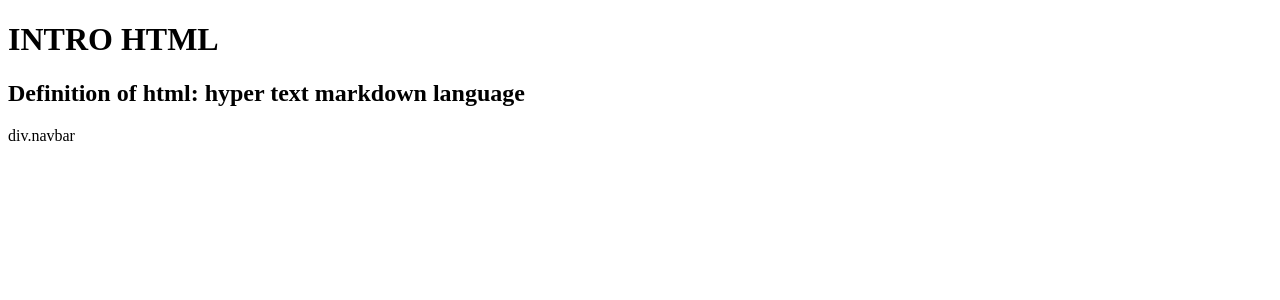
Repository: mirambialex/MYFIRSTREPOR
Page: INTRODUCTION.HTML
These files come from the project's save history. The page is drawn as it stood at one moment and after a run of saves; the edit follows.
The browser window is 1280 px wide. The pictures show the whole page.

Above is the page before, as saved 2024-03-28 10:19:40.

### INTRODUCTION.HTML
<!DOCTYPE html>
<html lang="en">
<head>
    <meta charset="UTF-8">
    <meta name="viewport" content="width=device-width, initial-scale=1.0">
    <title>Document</title>
</head>
<body>
    <DIV>
        <P><H1>
            INTRO HTML
        </H1>
        </P><H2>Definition of html: hyper text markdown language</H2>
    </DIV>
    div.navbar
</body>
</html>

After the next 8 saves:
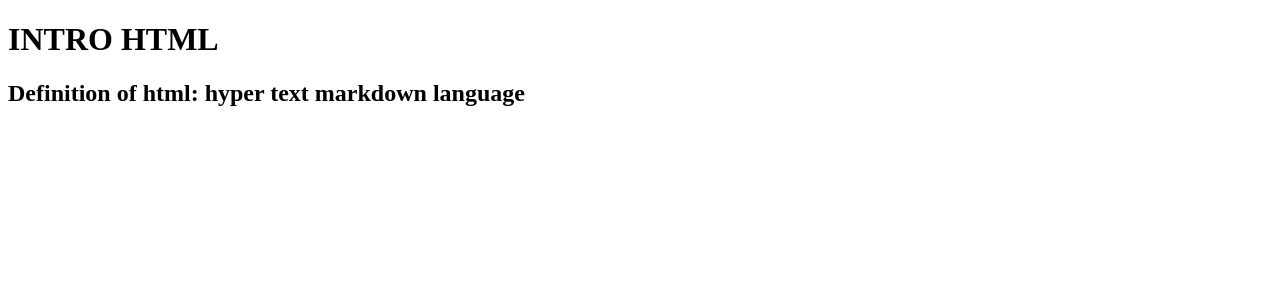
The 8 saves are shown as one change because they came seconds apart.
The last was saved 55 s later.
--- a/INTRODUCTION.HTML
+++ b/INTRODUCTION.HTML
@@ -12,6 +12,8 @@
         </H1>
         </P><H2>Definition of html: hyper text markdown language</H2>
     </DIV>
-    div.navbar
+    <div class="navbar">
+
+    </div>
 </body>
 </html>
